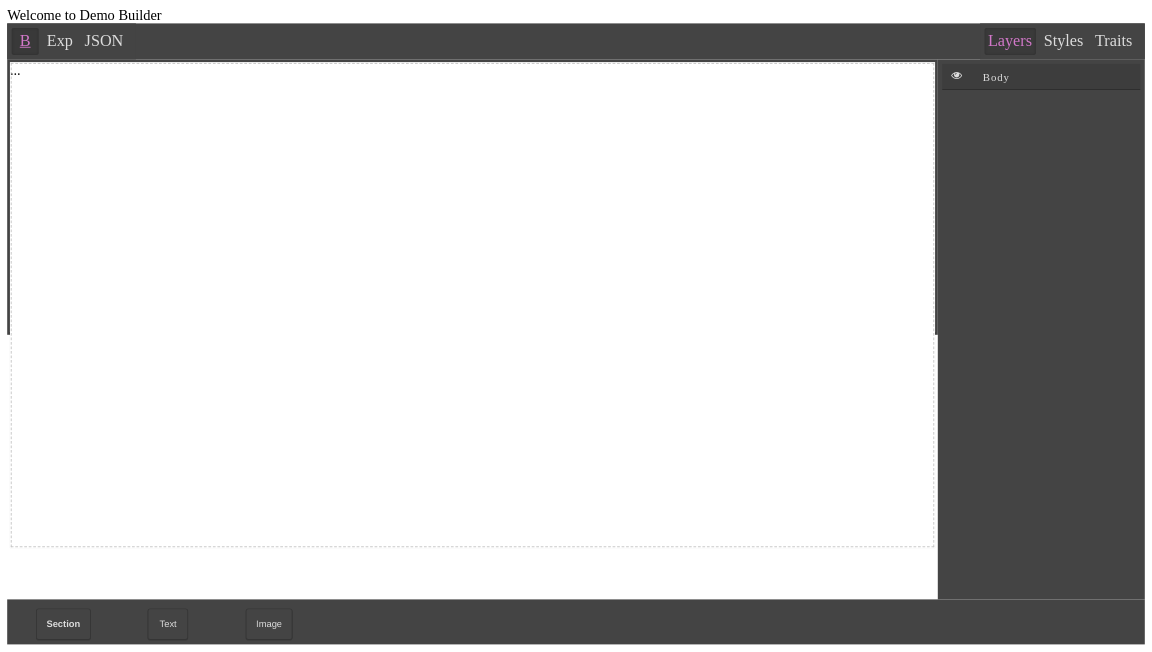
Repository: adityakulkarni000/DemoBuilder
Page: index.html
An editor plug-in stored every save of this project. The page is shown before and after the next save, followed by the edit.
The browser window is 1280 px wide. The pictures show the whole page, at 90% of full size.

Above is the page before, as saved 2022-06-19 01:49:35.

After the next save:
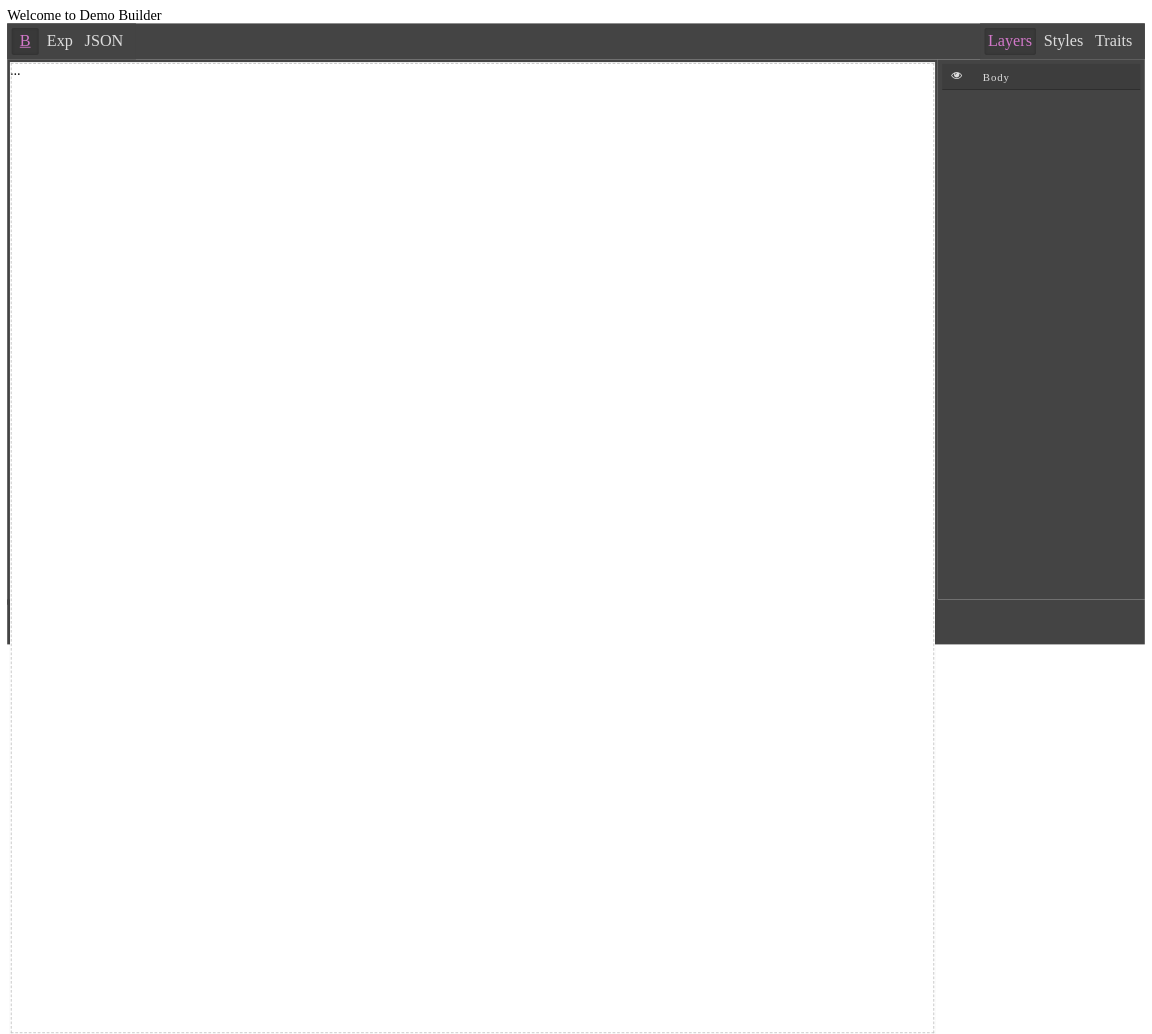
Saved 22 s later.
--- a/index.html
+++ b/index.html
@@ -82,7 +82,7 @@
       // As an alternative we could use: `components: '<h1>Hello World Component!</h1>'`,
       fromElement: true,
       // Size of the editor
-      height: "300px",
+      height: "600px",
       width: "auto",
       // Disable the storage manager for the moment
       storageManager: false,
